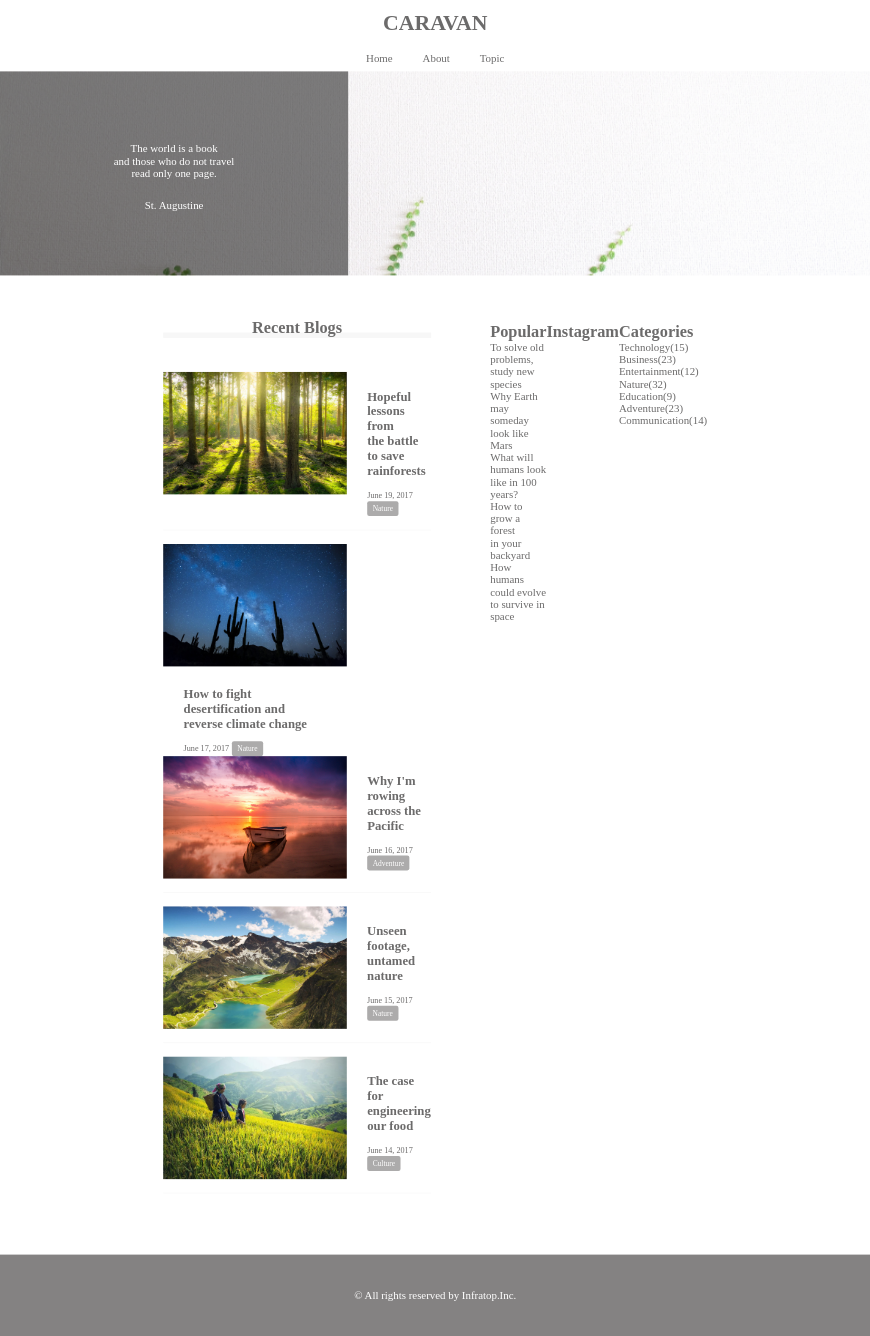
Repository: yesohnuki/shinya-ohnuki
Page: caravan/index.html
The author's editor kept a record of every edit. The page is drawn from the files as they stood at one moment, then again after the next edit.
The browser window is 1280 px wide. The pictures show the whole page, at 68% of full size.

Above is the page before.

### caravan/index.html
<!DOCTYPE html>
<html lang="ja">
  <head>
    <meta charset="UTF-8" />
    <link rel="stylesheet" href="style.css" />
    <title>CARAVAN</title>
  </head>

  <body>
    <header>
      <h1 class="heading">
        <a href="index.html">
          CARAVAN
        </a>
      </h1>
    </header>

    <nav>
      <ul class="nav-list">
        <li class="nav-list-item">
          <a href="index.html">Home</a>
        </li>
        <li class="nav-list-item">About</li>
        <li class="nav-list-item">Topic</li>
      </ul>
    </nav>

    <div class="main-visual">
      <div class="main-visual-content">
        <p class="main-visual-text">
          The world is a book<br>
          and those who do not travel<br>
          read only one page.
        </p>
        <p class="main-visual-name">
          St. Augustine
        </p>
      </div>
    </div>

    <main>
     <section class="blog">
        <h2 class="blog-heading">Recent Blogs</h2>

        <div class="blog-box">
          <div class="blog-item">
            <img class="blog-image" src="img/forest.jpg" />
            <section class="blog-text">
              <h3 class="blog-text-heading">
                <a href="single.html">
                  Hopeful lessons from<br>
                  the battle to save<br>
                  rainforests
                </a>
              </h3>
              <p class="blog-date">June 19, 2017</p>
              <span class="category">Nature</span>
            </section>
          </div class="blog-item">
          <img class="blog-image" src="img/desert.jpg"/>
        <section class="blog-text">
          <h3 class="blog-text-heading">
            <a href="single.html">
              How to fight<br>
              desertification and<br>
              reverse climate change
            </a>
          </h3>
          <p class="blog-date">June 17, 2017</p>
          <span class="category">Nature</span>
        </section>
        </div>
          <div class="blog-item">
            <img class="blog-image" src="img/sunset.jpg" />
            <section class="blog-text">
              <h3 class="blog-text-heading">
                <a href="single.html">
                  Why I'm rowing<br>
                  across the Pacific
                </a>
              </h3>
              <p class="blog-date">June 16, 2017</p>
              <span class="category">Adventure</span>
            </section>
          </div>
          <div class="blog-item">
            <img class="blog-image" src="img/italy.jpg" />
            <section class="blog-text">
              <h3 class="blog-text-heading">
                <a href="single.html">
                  Unseen footage,<br>
                  untamed nature
                </a>
              </h3>
              <p class="blog-date">June 15, 2017</p>
              <span class="category">Nature</span>
            </section>
          </div>
          <div class="blog-item">
            <img class="blog-image" src="img/asia.jpg" />
            <section class="blog-text">
              <h3 class="blog-text-heading">
                <a href="single.html">
                  The case for<br>
                  engineering our food
                </a>
              </h3>
              <p class="blog-date">June 14, 2017</p>
              <span class="category">Culture</span>
            </section>
          </div>
        </div>
        </section>

      <div class="sidebar"></div>
      <section class="popular">
          <h2 class="popular-heading common-heading">Popular</h2>
          <div class="sidebar-contents">
            <p class="popular-text">To solve old problems,<br>study new species</p>
            <p class="popular-text">Why Earth may someday<br>look like Mars</p>
            <p class="popular-text">What will humans look<br>like in 100 years?</p>
            <p class="popular-text">How to grow a forest<br>in your backyard</p>
            <p class="popular-text">How humans could evolve<br>to survive in space</p>
          </div>
        </section>
        <section class="instagram">
          <h2 class="instagram-heading common-heading">Instagram</h2>
          <div class="sidebar-contents">
            <div class="instagram-box"></div>
            <div class="instagram-box"></div>
            <div class="instagram-box"></div>
            <div class="instagram-box"></div>
            <div class="instagram-box"></div>
            <div class="instagram-box"></div>
          </div>
        </section>
        <section class="categories">
          <h2 class="categories-heading common-heading">Categories</h2>
          <div class="sidebar-contents">
            <p class="categories-text">Technology(15)</p>
            <p class="categories-text">Business(23)</p>
            <p class="categories-text">Entertainment(12)</p>
            <p class="categories-text">Nature(32)</p>
            <p class="categories-text">Education(9)</p>
            <p class="categories-text">Adventure(23)</p>
            <p class="categories-text">Communication(14)</p>
          </div>
        </section>
      </div>
    </main>

    <footer>
      <p class="footer-text">© All rights reserved by Infratop.Inc.</p>
    </footer>
  </body>
</html>

### caravan/style.css
* {
  margin: 0;
  padding: 0;
  box-sizing: border-box;
  color: #6c6b6b;
}

a {
  text-decoration: none;
}

header {
  width: 90%;
  padding: 15px 0;
  margin: 0 auto;
  text-align: center;
}

header .heading {
  font-size: 32px;
}

.nav-list {
  text-align: center;
  padding: 10px 0;
  margin: 0 auto;
}

.nav-list-item {
  list-style: none;
  display: inline-block;
  margin: 0 20px;
}

.main-visual {
  width: 100%;
  height: 300px;
  background-image: url(img/mv.jpg);
  background-size: cover;
  background-position: center;
}

.main-visual-content {
  width: 40%;
  height: 300px;
  background-color: rgba(0, 0, 0, 0.5);
  text-align: center;
  padding-top: 105px;
}

.main-visual-text {
  color: #fff;
}

.main-visual-name {
  margin-top: 30px;
  color: #fff;
}

main {
  width: 800px;
  display: flex;
  justify-content: center;
  margin: 0 auto;
  padding: 70px 0;
}

.blog {
  width: 540px;
  margin-right: 30px;
}

.blog-heading {
  border-bottom: 8px solid #f7f7f7;
  text-align: center;
  line-height: 0.6;
}

.blog-box {
  padding-top: 50px;
}

.blog-item {
  padding-bottom: 20px;
  margin-bottom: 20px;
  border-bottom: 1px solid #f7f7f7;
  display: flex;
  justify-content: flex-start;
}

.blog-image {
  height: 180px;
}

.blog-text {
  padding: 25px 0 0 30px;
}

.blog-text-heading {
  padding-bottom: 15px;
}

.blog-date {
  font-size: 12px;
  display: inline-block;
}

.category {
  display: inline-block;
  padding: 5px 8px;
  background-color: #acabab;
  border-radius: 3px;
  color: #fff;
  font-size: 11px;
}

.sidebar {
  width: 230px;
}

footer {
  width: 100%;
  height: 120px;
  text-align: center;
  line-height: 120px;
  background-color: #848282;
}

.footer-text {
  color: #fff;
}

After the next edit:
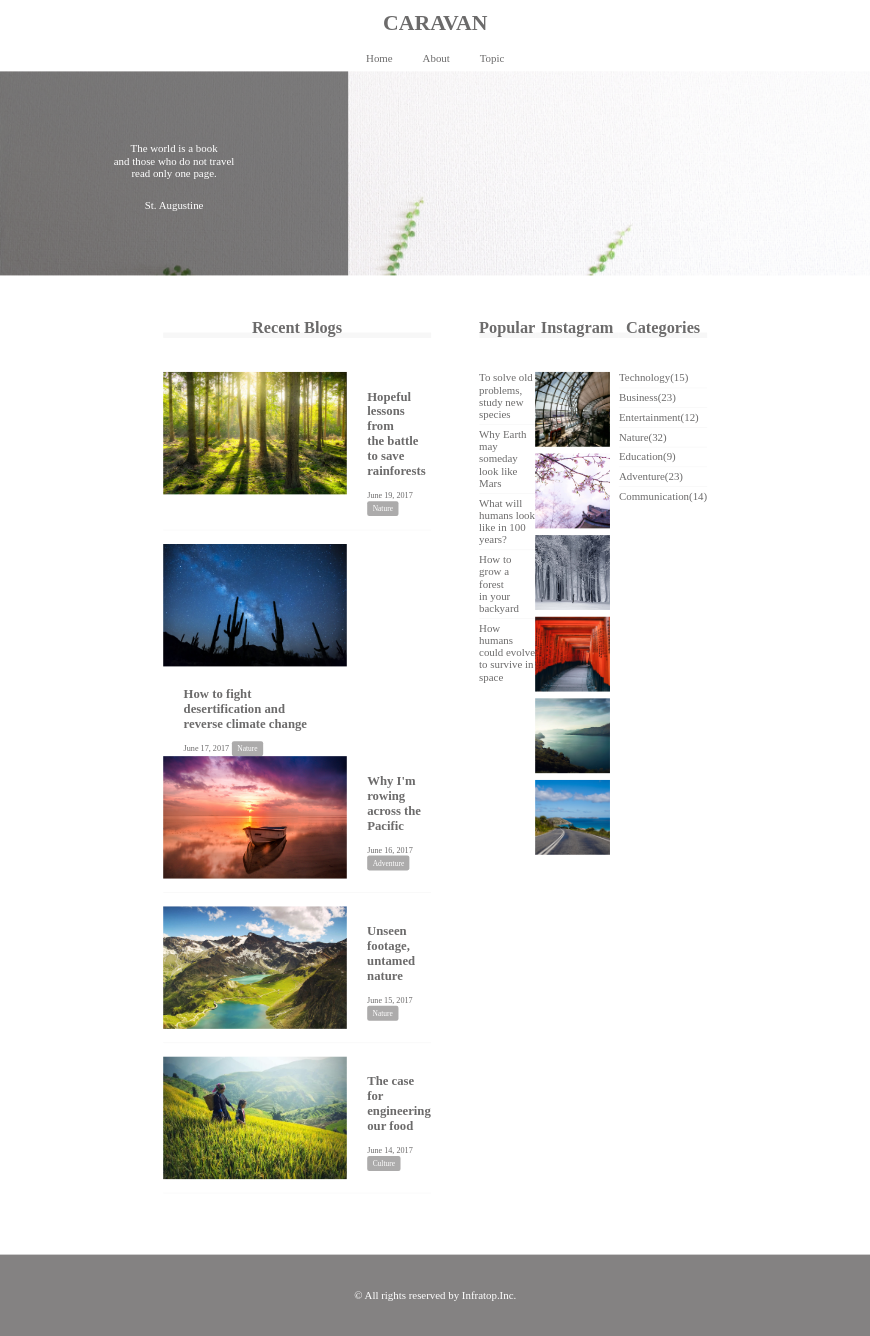
The edit:
--- a/caravan/style.css
+++ b/caravan/style.css
@@ -118,6 +118,71 @@
   width: 230px;
 }
 
+.common-heading {
+  border-bottom: 8px solid #f7f7f7;
+  text-align: center;
+  line-height: 0.6;
+}
+
+.sidebar-contents {
+  padding: 50px 0;
+}
+
+.popular-text,
+.categories-text {
+  padding-bottom: 5px;
+  border-bottom: 1px solid #f7f7f7;
+  margin-bottom: 5px;
+}
+
+.popular-text:last-child,
+.categories-text:last-child {
+  margin: 0;
+  padding: 0;
+  border: none;
+}
+
+.instagram .sidebar-contents {
+  display: flex;
+  flex-wrap: wrap;
+}
+
+.instagram-box {
+  width: 110px;
+  padding-top: 110px;
+  background-size: cover;
+  background-position: center;
+  margin-bottom: 10px;
+}
+
+.instagram-box:nth-child(odd) {
+  margin: 0 10px 10px 0;
+}
+
+.instagram-box:nth-child(1) {
+  background-image: url(img/airport.jpg);
+}
+
+.instagram-box:nth-child(2) {
+  background-image: url(img/japan.jpg);
+}
+
+.instagram-box:nth-child(3) {
+  background-image: url(img/snow.jpg);
+}
+
+.instagram-box:nth-child(4) {
+  background-image: url(img/japan2.jpg);
+}
+
+.instagram-box:nth-child(5) {
+  background-image: url(img/lake.jpg);
+}
+
+.instagram-box:nth-child(6) {
+  background-image: url(img/road.jpg);
+}
+
 footer {
   width: 100%;
   height: 120px;
